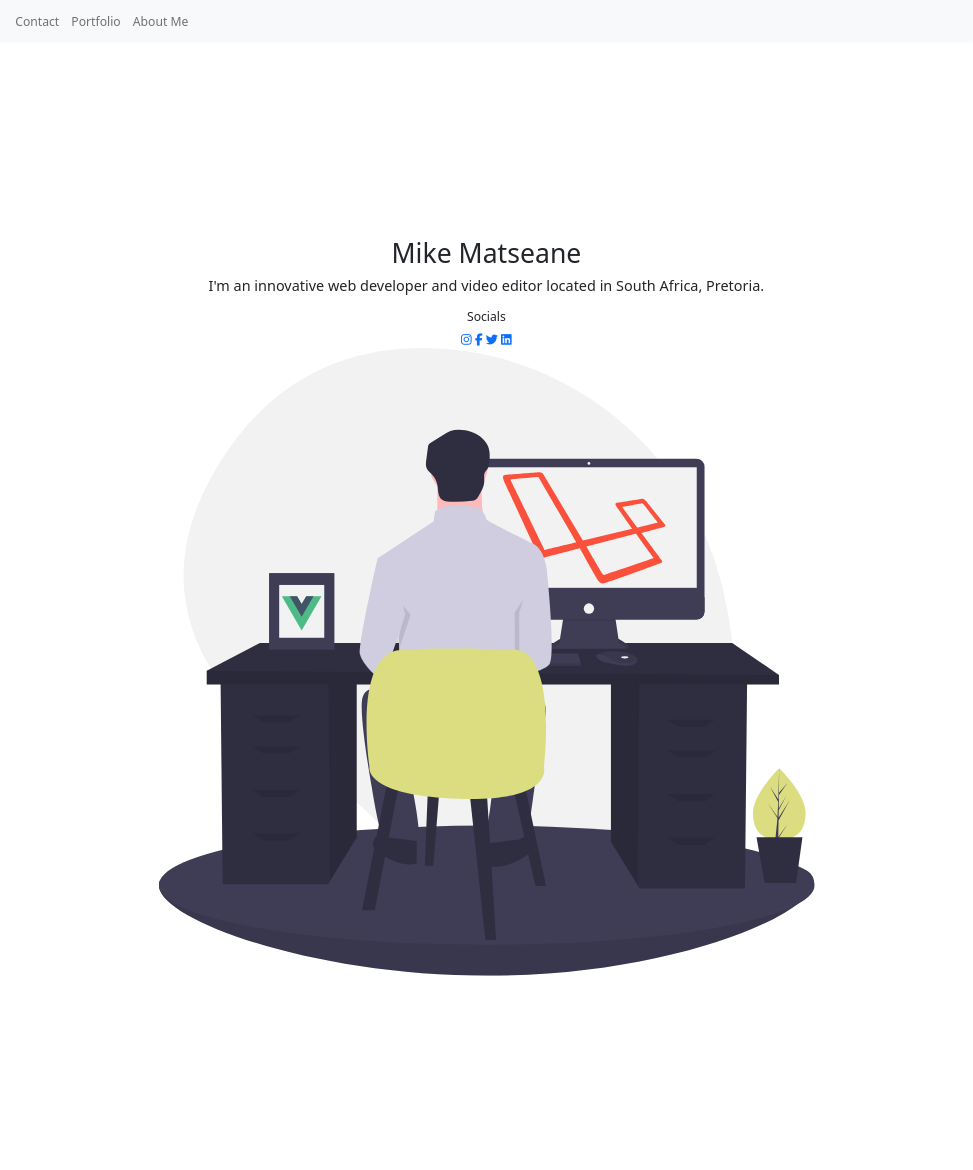
Repository: mikempho/resume10-Final
Page: resume10.html
These files come from the project's save history. The page is drawn as it stood at one moment and after the next save; the edit follows.
The browser window is 1280 px wide. The pictures show the whole page, at 76% of full size.
Some web libraries are served in a nearby version.

Above is the page before, as saved 2022-05-16 13:58:24.

After the next save:
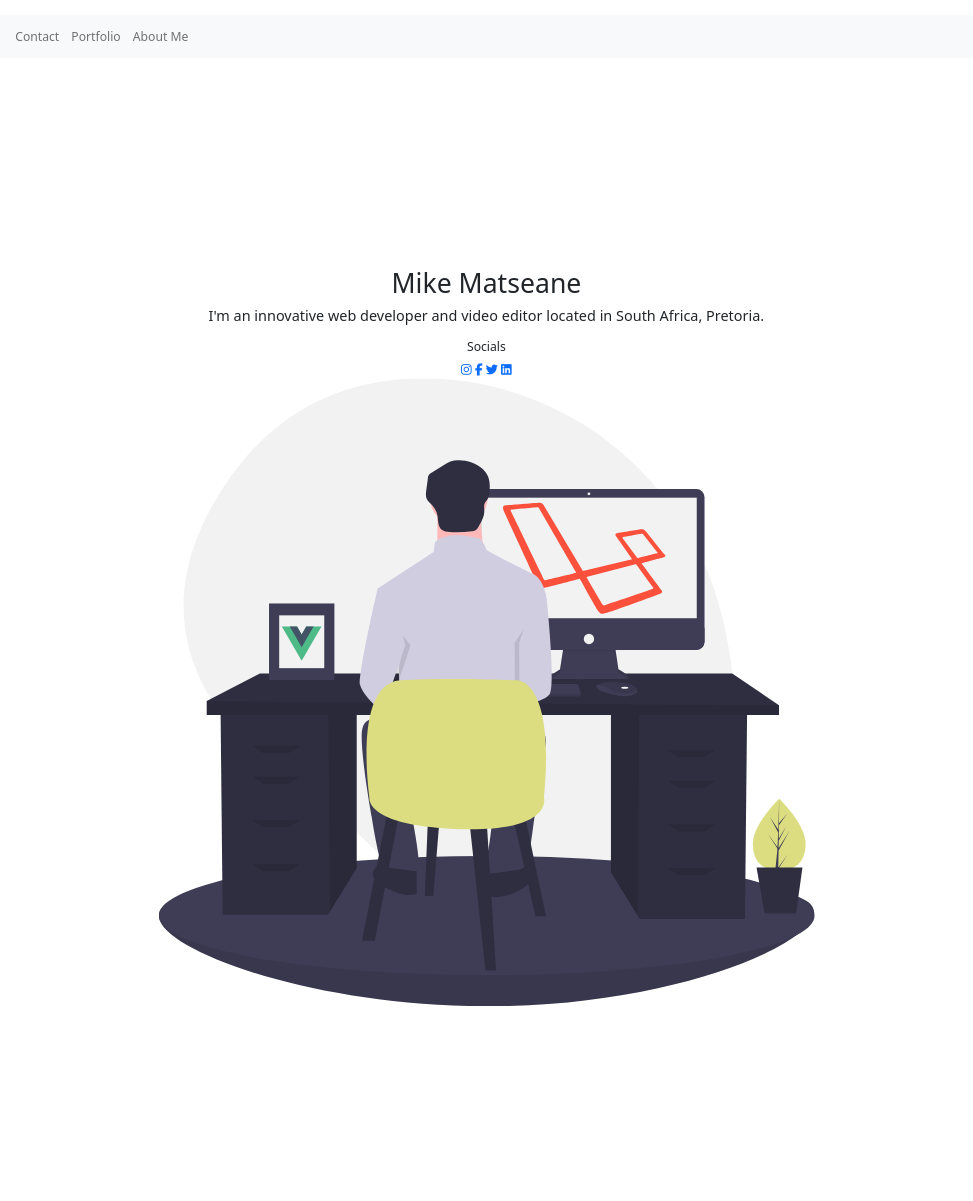
Saved 9 s later.
--- a/css/style.css
+++ b/css/style.css
@@ -20,7 +20,7 @@ p {
 /* navbar */
 
 .navbar {
-    padding: 20px auto;
+    margin: 20px auto;
 }
 /* hero section */
 .hero {
